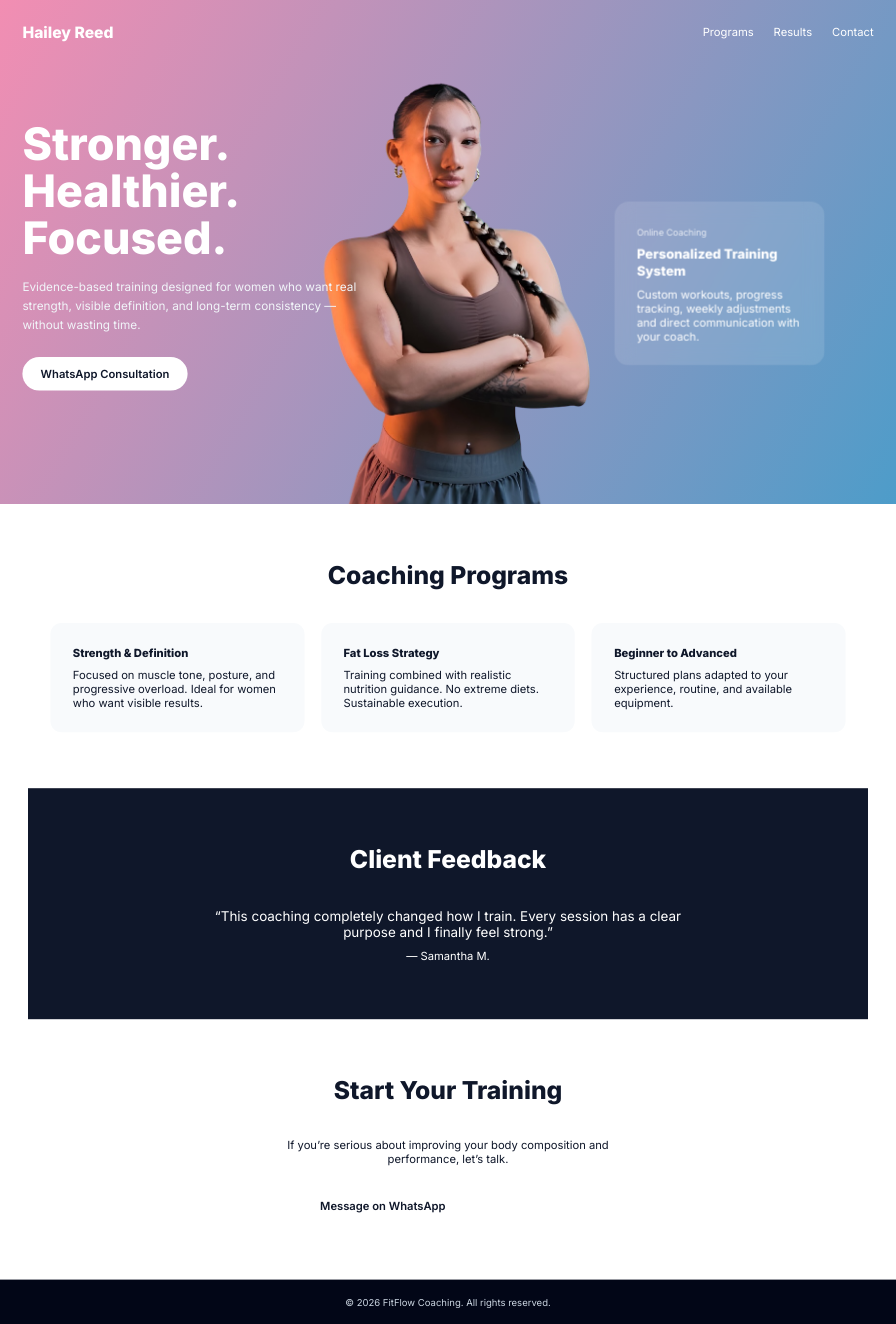
Repository: davidfsillva/Hailey-Reed-Coaching
Page: index.html
An editor plug-in stored every save of this project. The page is shown before and after the next save, followed by the edit.
The browser window is 1280 px wide. The pictures show the whole page, at 70% of full size.

Above is the page before, as saved 2026-02-11 17:43:41.

### index.html
<!DOCTYPE html>
<html lang="en">
<head>
  <meta charset="UTF-8" />
  <meta name="viewport" content="width=device-width, initial-scale=1.0" />
  <title>Personal Trainer | Online Coaching</title>
  <link rel="stylesheet" href="style.css" />
  <link rel="preconnect" href="https://fonts.googleapis.com">
  <link rel="preconnect" href="https://fonts.gstatic.com" crossorigin>
  <link href="https://fonts.googleapis.com/css2?family=Inter:wght@400;600;800&display=swap" rel="stylesheet">
</head>
<body>

<header class="hero">
  <nav class="nav">
    <h1 class="logo">Hailey Reed</h1>
    <div class="nav-links">
      <a href="#programs">Programs</a>
      <a href="#results">Results</a>
      <a href="#contact">Contact</a>
    </div>
  </nav>

  <!-- IMAGEM DO TREINADOR -->
  <img class="hero-img" src="img/Photoroom_20260211_45117 PM.png" alt="Trainer" />

  <!-- GRADIENTE SOBRE A IMAGEM -->
  <div class="hero-gradient"></div>

  <!-- CONTEÚDO DO HERO -->
  <div class="hero-content">
    <div class="hero-text">


  <h2 class="hero-title">
    Stronger.<br>
    Healthier.<br>
    Focused.
  </h2>
      <p>
        Evidence-based training designed for women who want real strength,
        visible definition, and long-term consistency — without wasting time.
      </p>
      <div class="cta-group">
        <a href="https://wa.me/5599999999999" target="_blank" class="btn primary">
          WhatsApp Consultation
        </a>
      </div>
    </div>

    <div class="blur"></div> </div>

    <div class="hero-card">
      <span class="tag">Online Coaching</span>
      <h3>Personalized Training System</h3>
      <p>
        Custom workouts, progress tracking, weekly adjustments
        and direct communication with your coach.
      </p>
    </div>
  </div>
</header>


<section id="programs" class="section">
  <h3>Coaching Programs</h3>

  <div class="cards">
    <div class="card">
      <h4>Strength & Definition</h4>
      <p>
        Focused on muscle tone, posture, and progressive overload.
        Ideal for women who want visible results.
      </p>
    </div>

    <div class="card">
      <h4>Fat Loss Strategy</h4>
      <p>
        Training combined with realistic nutrition guidance.
        No extreme diets. Sustainable execution.
      </p>
    </div>

    <div class="card">
      <h4>Beginner to Advanced</h4>
      <p>
        Structured plans adapted to your experience, routine,
        and available equipment.
      </p>
    </div>
  </div>
</section>

<section id="results" class="section dark">
  <h3>Client Feedback</h3>

  <div class="testimonial">
    <p>
      “This coaching completely changed how I train.
      Every session has a clear purpose and I finally feel strong.”
    </p>
    <span>— Samantha M.</span>
  </div>
</section>

<section id="contact" class="section">
  <h3>Start Your Training</h3>
  <p class="contact-text">
    If you’re serious about improving your body composition
    and performance, let’s talk.
  </p>

  <div class="cta-group center">
    <a href="https://wa.me/5599999999999" target="_blank" class="btn primary">
      Message on WhatsApp
    </a>
    <a href="https://instagram.com/seuinstagram" target="_blank" class="btn secondary">
      Visit Instagram
    </a>
  </div>
</section>

<footer class="footer">
  <p>© 2026 FitFlow Coaching. All rights reserved.</p>
</footer>

<script src="script.js"></script>
</body>
</html>

### style.css
:root {
  --pink: #f07aa5;
  --blue: #2e8bc0;
  --dark: #0f172a;
  --light: #ffffff;
  --muted: #cbd5e1;
}

* {
  margin: 0;
  padding: 0;
  box-sizing: border-box;
  font-family: 'Inter', sans-serif;
}

body {
  background: var(--light);
  color: var(--dark);
}

/* ================= HERO ================= */
.hero {
  position: relative;
  min-height: 100vh;
  padding: 32px;
  color: white;
  overflow: hidden;
}

/* IMAGEM DO TREINADOR */
/* IMAGEM DO TREINADOR */
.hero-img {
  position: absolute;
  top: 50%;
  left: 50%;
  transform: translate(-50%, -50%);
  width: 60%;
  max-width: 500px;
  height: auto;
  z-index: 2; /* imagem acima do gradiente */
}

/* GRADIENTE SOBRE A IMAGEM (agora atrás da imagem) */
.hero-gradient {
  position: absolute;
  top: 0;
  left: 0;
  width: 100%;
  height: 100%;
  background: linear-gradient(
    120deg,
    rgba(240,122,165,0.85),
    rgba(46,139,192,0.85)
  );
  z-index: 1; /* atrás da imagem */
}

/* CONTEÚDO DO HERO (texto e card) */
.hero-content {
  position: relative;
  z-index: 5; /* sempre acima da imagem */
}


/* TEXTO DO HERO */

.hero-text {
  display: flex;
  flex-direction: column;
  justify-content: center;
  height: 85vh;
}

/* Nome */
.trainer-name {
  font-size: 0.9rem;
  letter-spacing: 3px;
  text-transform: uppercase;
  opacity: 0.85;
  margin-bottom: 60px;
}

/* Título */
.hero-title {
  margin-bottom: 60px;
}

/* Parágrafo */
.hero-text p {
  max-width: 500px;
  line-height: 1.6;
}

.hero-text h2 {
  font-size: clamp(2.8rem, 5vw, 4.2rem);
  line-height: 1.05;
  margin-bottom: 24px;
}

.hero-text p {
  max-width: 480px;
  font-size: 1.05rem;
  color: #f1f5f9;
}

/* BOTÕES */
.cta-group {
  display: flex;
  gap: 16px;
  margin-top: 32px;
  flex-wrap: wrap;
}

.btn {
  padding: 14px 26px;
  border-radius: 999px;
  font-weight: 600;
  text-decoration: none;
  transition: 0.3s;
}

.btn.primary {
  background: white;
  color: var(--dark);
}

.btn.secondary {
  border: 1px solid white;
  color: white;
}

.btn:hover {
  transform: translateY(-2px);
}

/* CARD COM BLUR */
.hero-card {
  position: absolute; /* posição relativa ao hero */
  top: 40%;           /* ajuste vertical: quanto mais alto o %, mais baixo ele fica */
  right: 8%;          /* distância da borda direita */
  width: 300px;       /* largura do card */
  background: rgba(255,255,255,0.12);
  backdrop-filter: blur(14px);
  padding: 32px;
  border-radius: 20px;
  z-index: 4;         /* acima da imagem */
}

/* TAG E TÍTULO DO CARD */
.hero-card .tag {
  font-size: 0.8rem;
  opacity: 0.8;
}

.hero-card h3 {
  margin: 12px 0;
}

/* ================= NAVBAR ================= */
.nav {
  position: relative;
  z-index: 10; /* maior que imagem, gradiente e card */

  display: flex;              /* ativa alinhamento horizontal */
  justify-content: space-between; /* logo esquerda, links direita */
  align-items: center;        /* centraliza verticalmente */
}

.nav-links a {
  position: relative;
  color: white;
  margin-left: 24px;
  text-decoration: none;
  font-weight: 500;
  padding-bottom: 4px;
}

.nav-links a::after {
  content: "";
  position: absolute;
  left: 0;
  bottom: 0;
  width: 0%;
  height: 2px;
  background: white;
  transition: width 0.3s ease;
}

.nav-links a:hover::after {
  width: 100%;
}



.logo {
  font-weight: 800;
  font-size: 1.4rem;
}

.nav-links a {
  color: white;
  margin-left: 24px;
  text-decoration: none;
  font-weight: 500;
}

/* ================= SECTIONS ================= */
.section {
  padding: 80px 32px;
  max-width: 1200px;
  margin: auto;
}

.section h3 {
  font-size: 2.2rem;
  margin-bottom: 48px;
  text-align: center;
}

.cards {
  display: grid;
  grid-template-columns: repeat(auto-fit,minmax(260px,1fr));
  gap: 24px;
}

.card {
  background: #f8fafc;
  padding: 32px;
  border-radius: 16px;
}

.card h4 {
  margin-bottom: 12px;
}

.dark {
  background: #0f172a;
  color: white;
}

.testimonial {
  max-width: 700px;
  margin: auto;
  text-align: center;
}

.testimonial p {
  font-size: 1.2rem;
  margin-bottom: 12px;
}

.contact-text {
  text-align: center;
  max-width: 520px;
  margin: 0 auto 32px;
}

.center {
  justify-content: center;
}

/* ================= FOOTER ================= */
.footer {
  padding: 24px;
  text-align: center;
  background: #020617;
  color: var(--muted);
  font-size: 0.85rem;
}

/* ================= RESPONSIVE ================= */
@media (max-width: 900px) {
  .hero-content {
    grid-template-columns: 1fr;
    text-align: center;
  }

  .hero-text p {
    margin: auto;
  }

  .hero-card {
    margin-top: 32px;
  }

  .hero-img {
    width: 90%; /* ajusta para telas menores */
  }

    .nav {
    flex-direction: column;
    gap: 16px;
  }

  .nav-links a {
    margin-left: 0;
  }
}

### script.js
// Smooth scroll for internal links
document.querySelectorAll('a[href^="#"]').forEach(anchor => {
  anchor.addEventListener('click', function (e) {
    e.preventDefault();
    document.querySelector(this.getAttribute('href'))
      .scrollIntoView({ behavior: 'smooth' });
  });
});

After the next save:
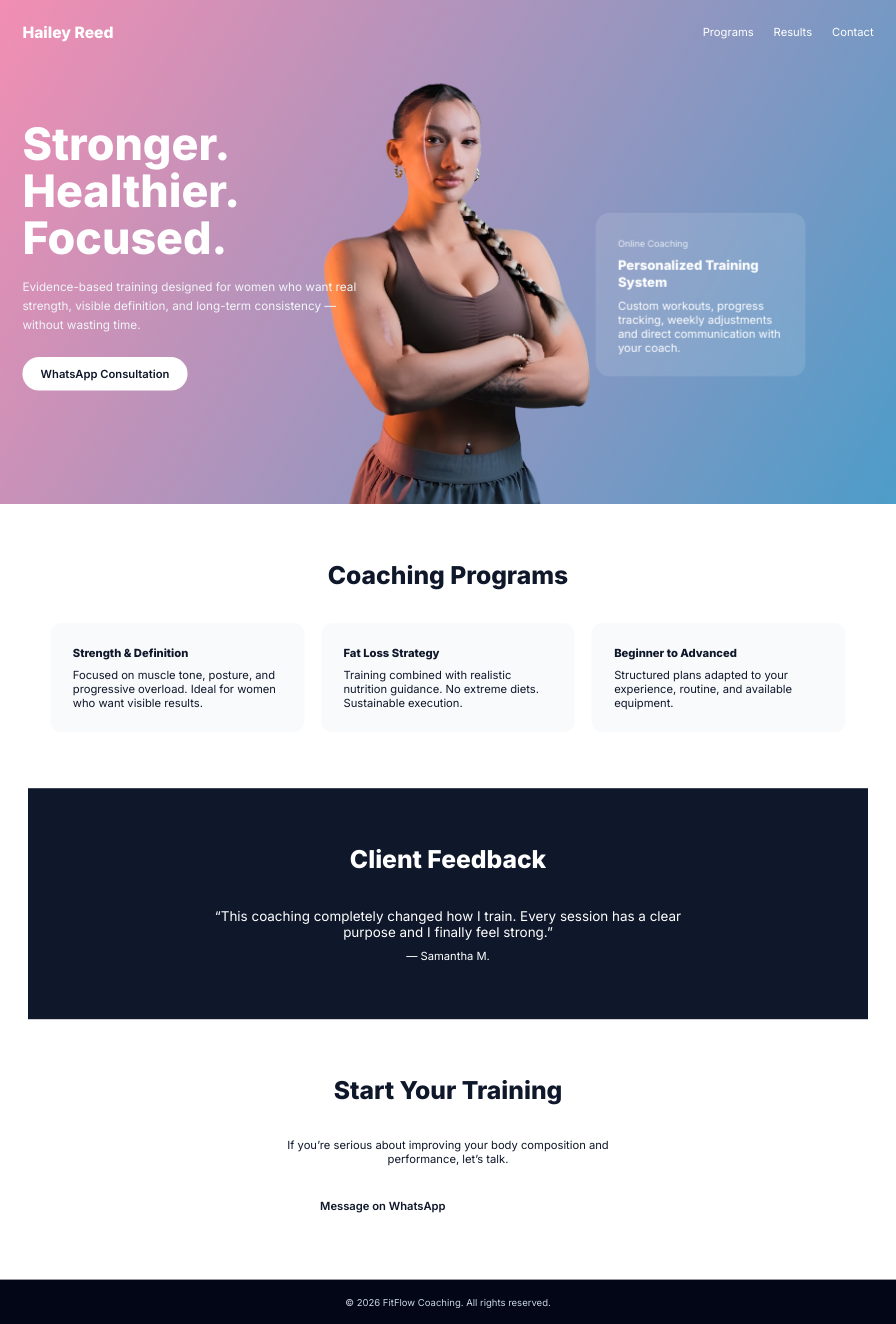
Saved 6 s later.
--- a/index.html
+++ b/index.html
@@ -48,7 +48,7 @@
       </div>
     </div>
 
-    <div class="blur"></div> </div>
+    <div class="blur"></div>
 
     <div class="hero-card">
       <span class="tag">Online Coaching</span>
